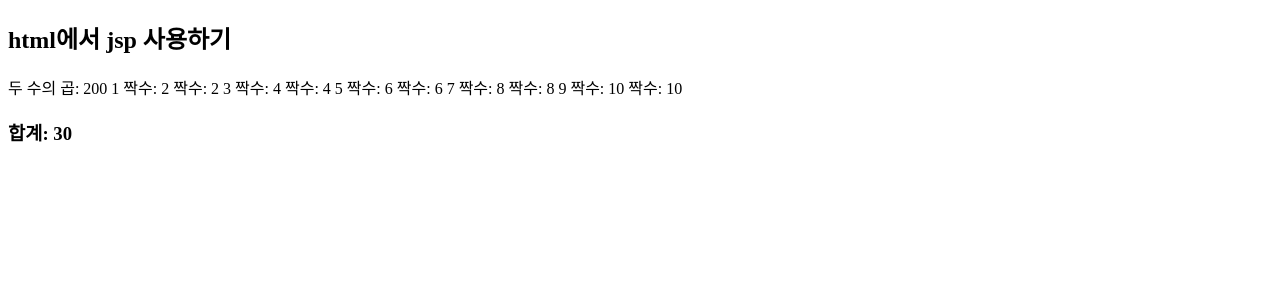
Repository: KyoungHwanJeong/jspworks
Page: http://localhost/jwbook/ch01/scriptlet.jsp
The author's editor kept a copy of each file at every save. The page is drawn from the files as they stood at one save, then again after the next save.
The browser window is 1280 px wide. The pictures show the whole page.
The page is served by Tomcat 9. Other server files are loaded and not shown.

Above is the page before, as saved 2023-11-20 02:13:58.

### jwbook/src/main/webapp/ch01/scriptlet.jsp
<%-- --%>

<%@ page language="java" contentType="text/html; charset=UTF-8"
    pageEncoding="UTF-8"%>
<!DOCTYPE html>
<html>
<head>
<meta charset="UTF-8">
<title>스크립트릿 태그</title>
</head>
<body>
	<!-- 자바 영역 -->
	<!-- 스크립트릿 사용하기 -->
	<h2>html에서 jsp 사용하기</h2>
	<%
		int n1 = 10, n2 = 20;
		// 내장 객체 - out.println() 함수 사용
		out.println("두 수의 곱: " + (n1*n2));

		//1부터 10까지 자연수 중에 짝수 출력
		for(int i=1; i<=10; i++){
			out.println(i);

			out.println("짝수: ");
			if(i%2==0){
				out.println(i);
			}
		}
	%>
	<!-- 출력문(서버측이므로 클라에서는 자바 계산식이 안보인다) -->
	<h3>합계: <%=n1+n2 %></h3>
</body>
</html>

After the next save:
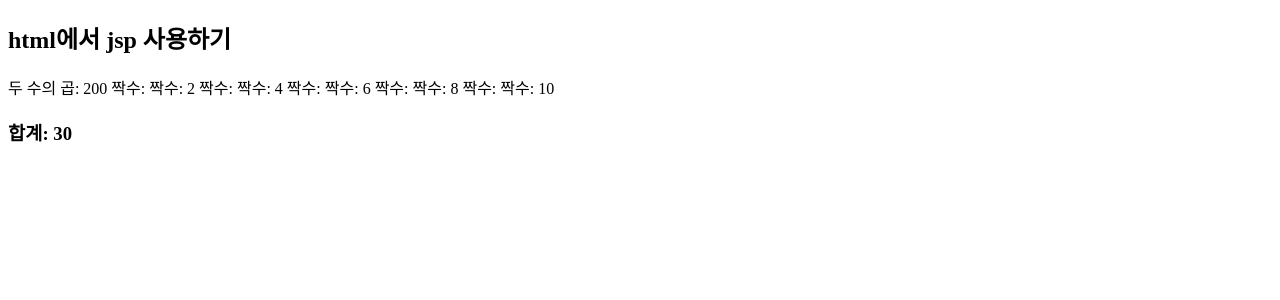
Saved 20 s later.
--- a/jwbook/src/main/webapp/ch01/scriptlet.jsp
+++ b/jwbook/src/main/webapp/ch01/scriptlet.jsp
@@ -19,7 +19,6 @@
 
 		//1부터 10까지 자연수 중에 짝수 출력
 		for(int i=1; i<=10; i++){
-			out.println(i);
 
 			out.println("짝수: ");
 			if(i%2==0){
